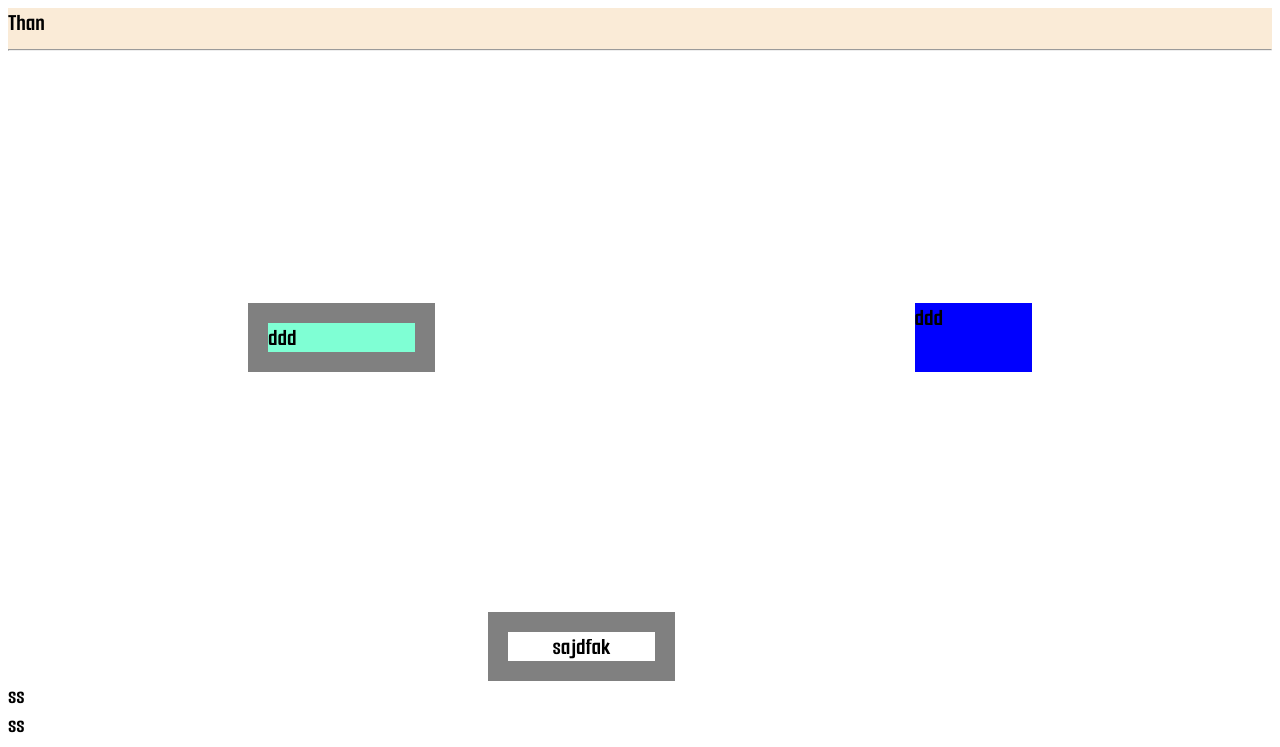
Repository: Than-dot/Than-dot
Page: index.html
These files come from the project's save history. The page is drawn as it stood at one moment and after a run of saves; the edit follows.
The browser window is 1280 px wide. The pictures show the whole page.

Above is the page before, as saved 2026-04-22 12:44:33.

After the next 2 saves:
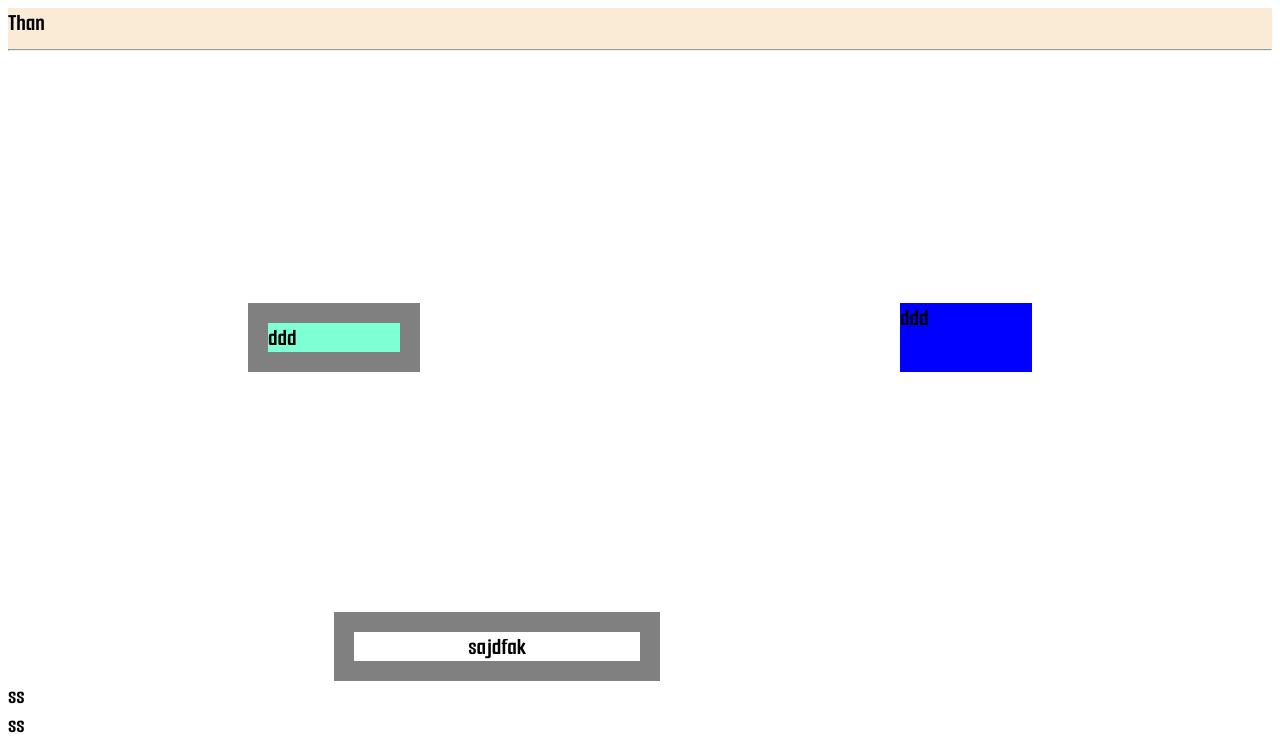
The 2 saves are shown as one change because they came seconds apart.
The last was saved 8 s later.
--- a/styles/index.css
+++ b/styles/index.css
@@ -19,7 +19,7 @@ header {
 }
 
 .stats {
-    margin-left: 30rem;
+  margin-left: 50%;
   border: 20px solid grey;
   text-align: center;
 }
